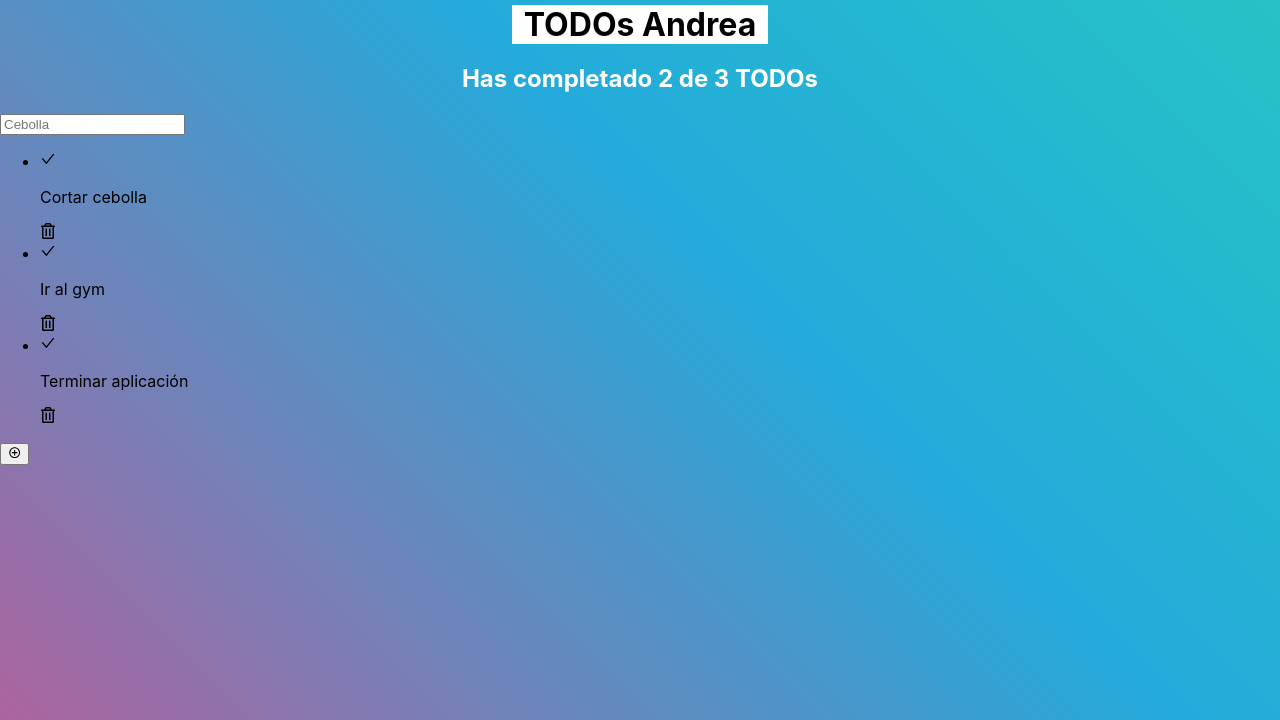
Repository: Pandrea-hub/TODOs
Page: /
An editor plug-in stored every save of this project. The page is shown before and after the next save, followed by the edit.
The browser window is 1280 px wide. The pictures show the whole page.
The project was rebuilt for these pictures with package versions that can differ from the ones it lists, and the page was loaded fresh each time. Also part of the build but not shown: src/TodoItem.css.

Above is the page before, as saved 2022-06-07 09:17:53.

### src/index.js
import React from 'react';
import ReactDOM from 'react-dom/client';
import './index.css';
import App from './App';


const root = ReactDOM.createRoot(document.getElementById('root'));
root.render(
  <App/>
);

### src/index.css
body {
  margin: 0;
  font-family: -apple-system, BlinkMacSystemFont, 'Segoe UI', 'Roboto', 'Oxygen',
    'Ubuntu', 'Cantarell', 'Fira Sans', 'Droid Sans', 'Helvetica Neue',
    sans-serif;
  -webkit-font-smoothing: antialiased;
  -moz-osx-font-smoothing: grayscale;
}

code {
  font-family: source-code-pro, Menlo, Monaco, Consolas, 'Courier New',
    monospace;
}

#root{
  width: 100%;
  height: 100%;
  position: absolute;
  background: linear-gradient(45deg,#F17C58, #E94584, #24AADB , #27DBB1,#FFDC18, #FF3706);
  background-size: 600% 100%;
  animation: gradient 16s linear infinite;
  animation-direction: alternate;
}

@keyframes gradient {
  0% {background-position: 0%}
  100% {background-position: 100%}
}

### src/App.js
//import './App.css';
import React from 'react';
import { TodoCounter } from './TodoCounter';
import { TodoItem } from './TodoItem';
import { CreateTodoButton } from './CreateTodoButton';
import { TodoList } from './TodoList';
import { TodoSearch } from './TodoSearch';


const todos = [
  {text: 'Cortar cebolla',completed: false},
  {text: 'Ir al gym',completed: false},
  {text: 'Terminar aplicación',completed: false},
]


function App() {
  return (
    <React.Fragment>
      <TodoCounter />
      <TodoSearch />


      <TodoList>
        {todos.map(todo =>(
          <TodoItem key={todo.text} text={todo.text} completed={todo.completed}/>
        ))}
      </TodoList>
      <CreateTodoButton />
    </React.Fragment>

  );
}

export default App;

### src/TodoCounter.js
import React from 'react';
import './TodoCounter.css';

function TodoCounter(){
    return (
        <div className='title'>
            <h1>TODOs Andrea</h1>
            <h2 className='TodoCounter'>Has completado 2 de 3 TODOs</h2>
        </div>
    );
}

export { TodoCounter };

### src/TodoItem.js
import React from 'react';
import './TodoItem.css';
import {AiOutlineCheck} from 'react-icons/ai';
import {FaRegTrashAlt} from 'react-icons/fa';

function TodoItem(props){
    return (
        <li className='TodoItem'>
            <span className={`Icon Icon-check ${props.completed && 'Icon-check--activate' }`}>
                <AiOutlineCheck />
            </span>
            <p className={`TodoItem-p ${props.completed && 'TodoItem-p--complete'}`}>
                {props.text}
            </p>
            <span className='Icon Icon-delete'>
               <FaRegTrashAlt />
            </span>
        </li>
    );

}

export {TodoItem};

### src/CreateTodoButton.js
import React from 'react';
import {IoMdAddCircleOutline} from 'react-icons/io';

function CreateTodoButton(props){
    return(
        <button>
            <IoMdAddCircleOutline />
        </button>
    );
}

export {CreateTodoButton};

### src/TodoList.js
import React from "react";


function TodoList(props){
    return(
        <section>
            <ul>
                {props.children}
            </ul>
        </section>

    );
}


export {TodoList};

### src/TodoSearch.js
import React from 'react';


function TodoSearch(){
    return(
        <input placeholder="Cebolla" />
    );
}

export { TodoSearch};

### src/TodoCounter.css
.title{
    text-align: center;
    color:white;
}

.title h1{
    color:black;
    background-color:white;
    width: 20%;
    margin: 5px auto;
}

Loaded but not shown: public/index.html (common file)

After the next save:
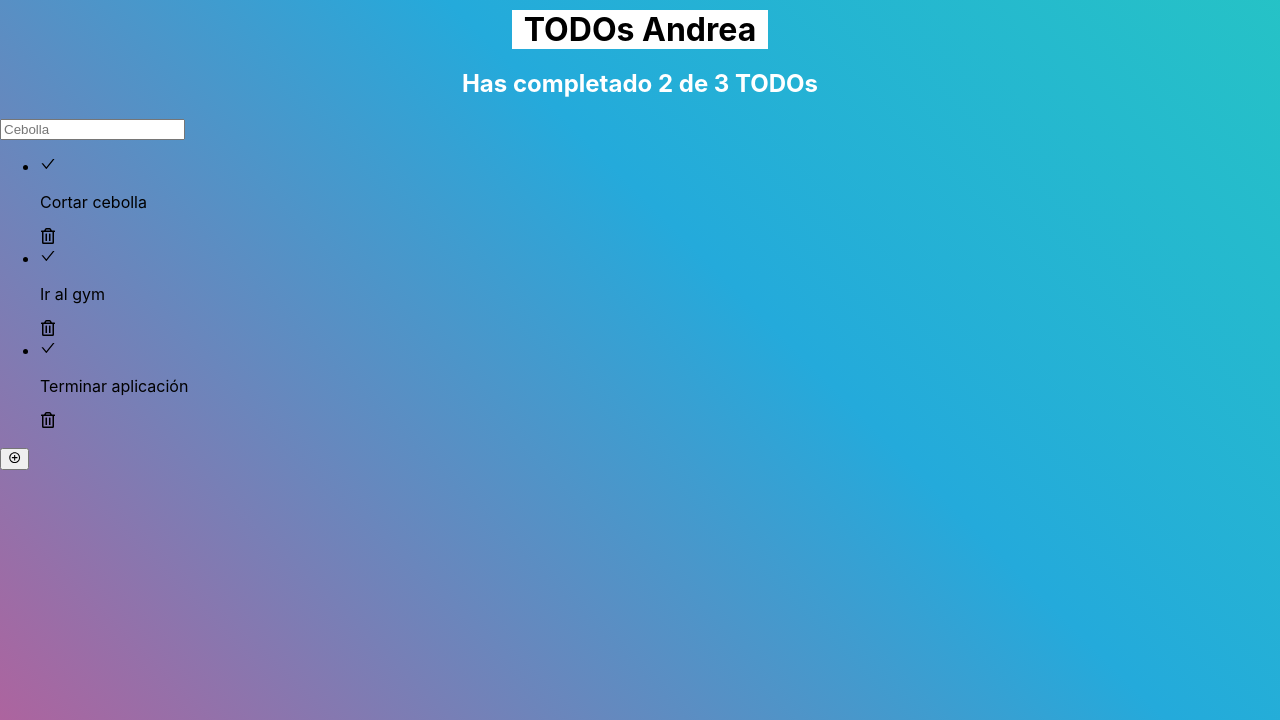
Saved 12 s later.
--- a/src/TodoCounter.css
+++ b/src/TodoCounter.css
@@ -7,5 +7,5 @@
     color:black;
     background-color:white;
     width: 20%;
-    margin: 5px auto;
+    margin: 10px auto;
 }
